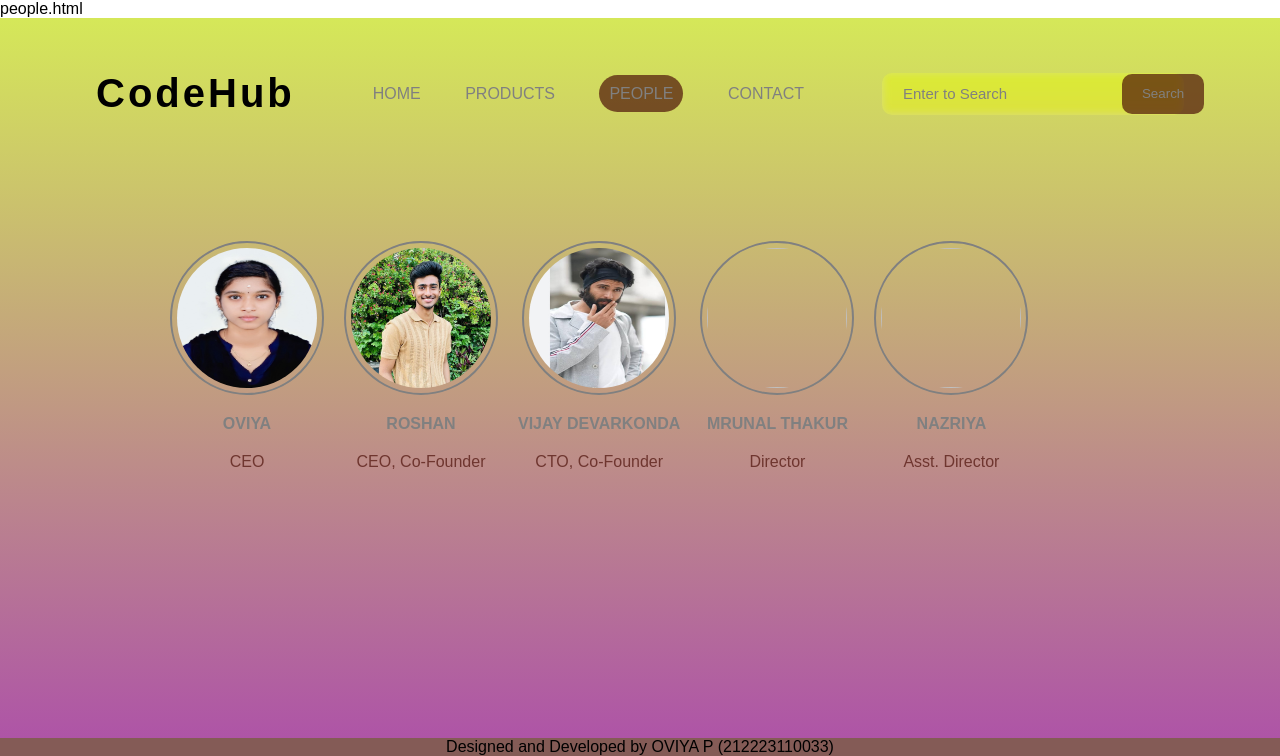
Repository: Oviya24032K6/softweb
Page: oviya/softapp/static/people.html
These files come from the project's save history. The page is drawn as it stood at one moment and after the next save; the edit follows.
The browser window is 1280 px wide. The pictures show the whole page.

Above is the page before, as saved 2024-04-24 05:53:46.
Not found: oviya/softapp/static/Murnall.jpg

### oviya/softapp/static/people.html


people.html

<html>
    <head>
        <meta name="viewport" content="width=device-width, initial-scale=1.0">
        <title> people page </title>
        <style type="text/css">
            * {
                margin: 0;
                padding: 0;
                font-family: Arial, Helvetica, sans-serif;
            }
            .banner {
                width: 100%;
                height: 100vh;
                background-image: linear-gradient(rgba(199, 224, 33, 0.75),rgba(147, 27, 137, 0.75));
                background-size: cover;
                background-position: center;
            }
            .navbar {
                width: 85%;
                margin: auto;
                padding: 35px 0;
                display: flex;
                align-items: center;
                justify-content: space-between;
            }
            .bg-people {
                border: 1px;
                padding: 10px;
                color: gray;
                background-color:#490c05ac;
                border-radius: 30px;
            }
            .logo {
                color:C:\Users\poviy\softweb\oviya\softapp\static\home.html;
                font-size: 40px;
                font-weight: 700;
                letter-spacing: 3px;
            }
            span {
                color: gray;
            }
            form {
                width: 300px;
                height: 40px;
                display: flex;
                background: rgba(255, 255, 255, 0.2);
                padding: 1px 1px;
                font-size: 15px;
                border-radius: 10px;
                backdrop-filter: blur(4px) saturate(180%);
            }
            form input {
                background: transparent;
                flex: 1;
                border: 0;
                outline: none;
                padding: 12px 20px;
                font-size: 15px;
                color: gray;
            }
            ::placeholder {
                color: gray;
            }
            form button {
                border: 0;
                outline: none;
                padding: 5px 20px;
                color: gray;
                border-radius: 10px;
                background:#490c05ac;
                cursor: pointer;
            }
            .navbar li {
                list-style: none;
                display: inline-block;
                margin: 0 20px;
                position: relative;
            }
            .navbar li a {
                text-decoration: none;
                color: gray;
                text-transform: uppercase;
            }
            .navbar li:hover {
                border: 1px;
                padding: 10px;
                color: gray;
                background-color:#490c05ac;
                transition: 0.5s;
                cursor: pointer;
                border-radius: 30px;
            }
            .image {
                position: relative;
                border: 0;
                top: 70px;
                background: transparent;
            }
            .image table {
                border: 0;
                color: gray;
                position: relative;
                left: 150px;
            }
            .image table img {
                height: 140px;
                width: 140px;
                border: 2px solid gray;
                padding: 5px;
                border-radius: 50%;
            }
            .image table td {
                color:#490c05ac;
            }
            footer {
                background-color:#490c05ac;
                margin-top: auto;
            }
        </style>
    </head>
<body>
    <div class="banner">
        <br>
        <div class="navbar">
            <h1 class="logo">CodeHub</h1>
            <ul>
                <li><a href="http://127.0.0.1:8000/static/home.html"> Home </a></li>
                <li><a href="http://127.0.0.1:8000/static/product.html"> Products </a></li>
                <li><a href="http://127.0.0.1:8000/static/people.html" class="bg-people"> People </a></li>
                <li><a href="http://127.0.0.1:8000/static/contact.html"> Contact </a></li>
            </ul>
            <form action="" method="get">
                <input type="text" placeholder="Enter to Search">
                <button type="submit"> Search </button>
            </form>
        </div>
        <div class="image">
            <table cellspacing="20">
                <tr align="center">
                    <td> <img src="oviya.p.jpg"> </td>
                    <td> <img src="roshhhh.jpg"> </td>
                    <td> <img src="vijay devarkonda.jpg"> </td>
                    <td> <img src="Murnall.jpg"> </td>
                    <td> <img src=""> </td>
                </tr>
                <tr align="center">
                    <th> OVIYA </th>
                    <th> ROSHAN</th>
                    <th> VIJAY DEVARKONDA</th>
                    <th> MRUNAL THAKUR</th>
                    <th> NAZRIYA </th>
                </tr>
                <tr align="center">
                    <td> CEO </td>
                    <td> CEO, Co-Founder </td>
                    <td> CTO, Co-Founder </td>
                    <td> Director </td>
                    <td> Asst. Director </td>
                </tr>
            </table>
        </div>
    </div>
    <footer>
        <center> Designed and Developed by OVIYA P (212223110033) </center>
    </footer>
</body>
</html>

After the next save:
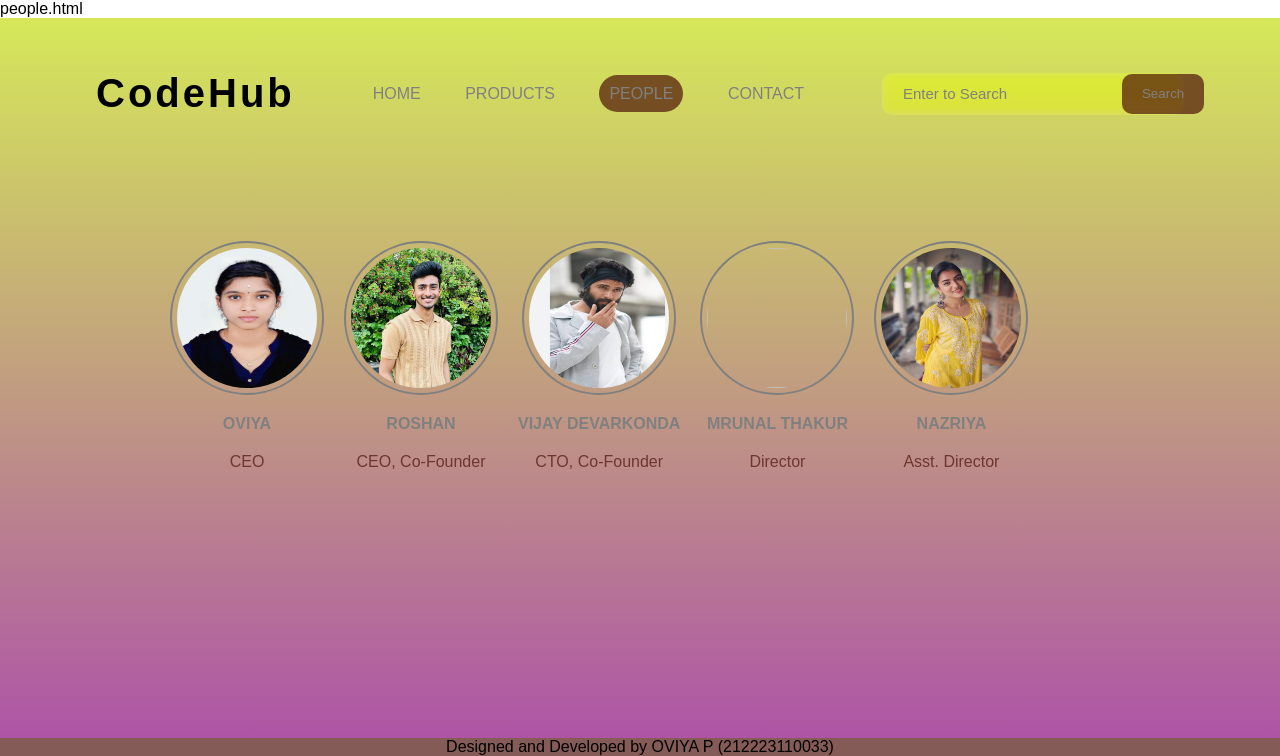
Saved 21 s later.
--- a/oviya/softapp/static/people.html
+++ b/oviya/softapp/static/people.html
@@ -145,7 +145,7 @@ people.html
                     <td> <img src="roshhhh.jpg"> </td>
                     <td> <img src="vijay devarkonda.jpg"> </td>
                     <td> <img src="Murnall.jpg"> </td>
-                    <td> <img src=""> </td>
+                    <td> <img src="nazriya.jpg"> </td>
                 </tr>
                 <tr align="center">
                     <th> OVIYA </th>
